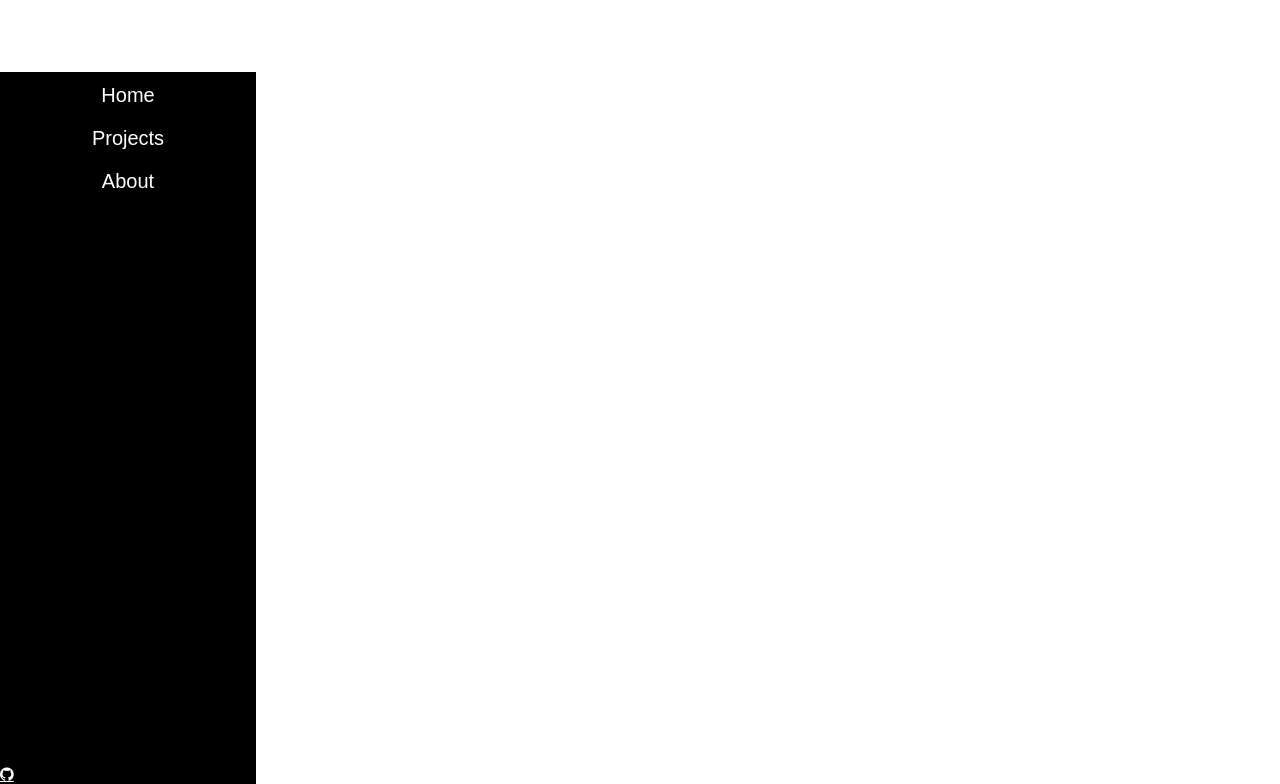
Repository: josephinel6/josephinel6.github.io
Page: index.html
The author's editor kept a copy of each file at every save. The page is drawn from the files as they stood at one save, then again after the next save.
The browser window is 1280 px wide. The pictures show the whole page.

Above is the page before, as saved 2023-04-04 10:44:55.

### index.html
<!DOCTYPE html>
<html>

<head>
    <style>
        :root.light {
            --color-bg: white;
            --color-menu-text: black;
        }

        :root.dark {
            --color-bg: black;
            --color-menu-text: white;
        }

        /* :root {
            --color-bg: black;
        } */

        html,
        body {
            height: 100%;
            width: 100%;
            margin: 0;
            padding: 0;
        }

        #menu {
            height: 100%;
            width: 20%;
            margin-top: 5%;
            position: absolute;
            top: 0;
            bottom: 0;
            background-color: var(--color-bg);
        }

        #topbar {
            width: 100%;
            height: 10%;
            position: absolute;
            background-color: white;
        }

        .menutext {
            color: var(--color-menu-text);
            font-family: sans-serif;
            font-size: 20px;
        }

        .fa-github {
            color: var(--color-menu-text);
        }
    </style>
    <link rel="stylesheet" href="https://cdnjs.cloudflare.com/ajax/libs/font-awesome/4.7.0/css/font-awesome.min.css">
    <script type="module" src="https://cdn.jsdelivr.net/gh/zerodevx/zero-md@2/dist/zero-md.min.js"></script>
</head>

<body>
    <div id="menu">
        <div>
            <CENTER>
                <p class="menutext"> Home </p>
                <p class="menutext"> Projects </p>
                <p class="menutext"> About </p>
            </CENTER>
        </div>
        <CENTER>

            <div style="position: absolute; bottom:0">
                <a href="https://github.com/josephinel6" class="fa fa-github"></a>
            </div>
        </CENTER>
    </div>
    <div id="topbar">

    </div>
    <script>
        window.onload = function () {
            document.documentElement.classList.remove("light")
            document.documentElement.classList.add("dark")
            window.localStorage.setItem('mode', 'dark');
            console.log("dark")
        }

        function openpage(pageName, elmnt) {
            var i, tabcontent, tablinks;
            tabcontent = document.getElementsByClassName("tabcontent");
            for (i = 0; i < tabcontent.length; i++) {
                tabcontent[i].style.display = "none";
            }
            tablinks = document.getElementsByClassName("tablink");
            for (i = 0; i < tablinks.length; i++) {
                tablinks[i].style.backgroundColor = "";
            }
            document.getElementById(pageName).style.display = "block";

            document.body.scrollTop = 0;
            document.documentElement.scrollTop = 0;
            console.log("ducks")
        }
    </script>

</body>

</html>

After the next save:
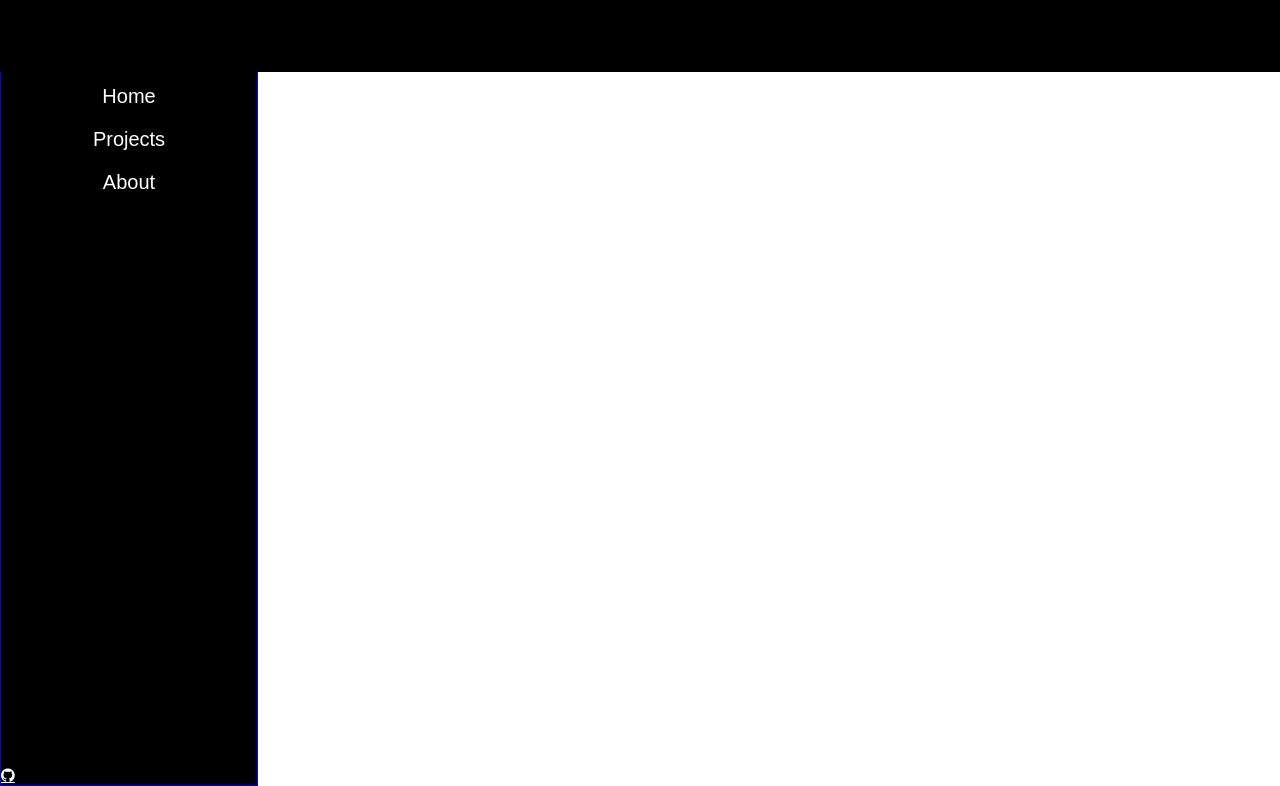
Saved 21 s later.
--- a/index.html
+++ b/index.html
@@ -31,6 +31,9 @@
             margin-top: 5%;
             position: absolute;
             top: 0;
+            border-width: 1px;
+            border-style: solid;
+            border-color: blue;
             bottom: 0;
             background-color: var(--color-bg);
         }
@@ -39,7 +42,7 @@
             width: 100%;
             height: 10%;
             position: absolute;
-            background-color: white;
+            background-color: var(--color-bg);
         }
 
         .menutext {
